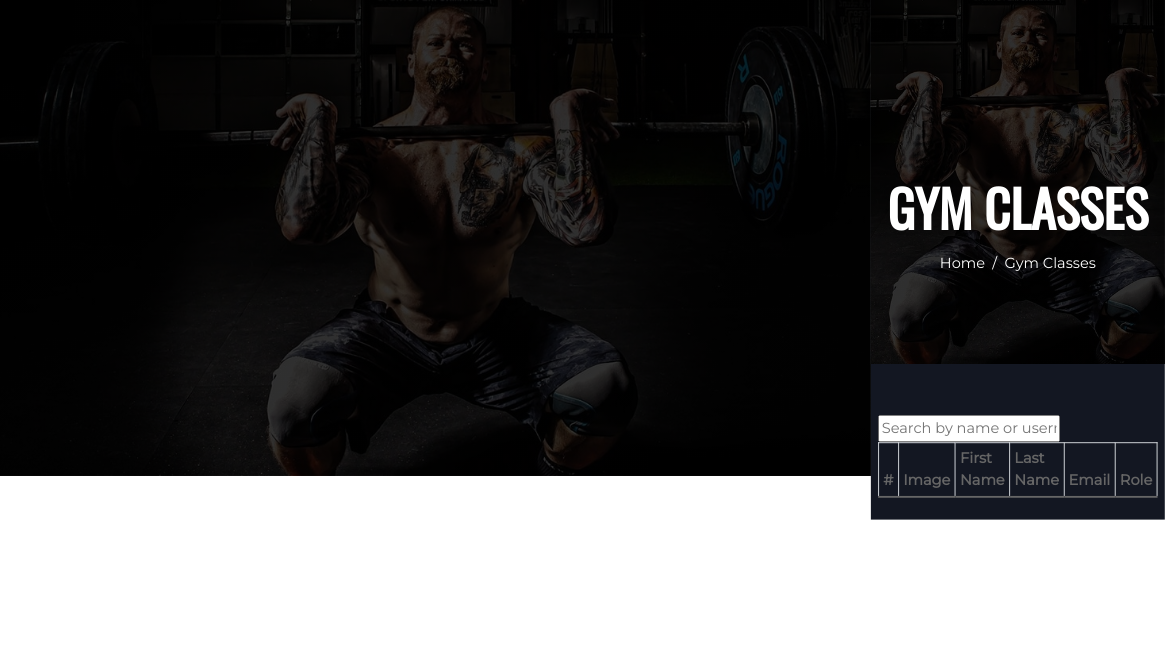
Repository: Arouja/frontgym
Page: /users
These files come from the project's save history. The page is drawn as it stood at one moment and after the next save; the edit follows.
The browser window is 1280 px wide. The pictures show the whole page, at 91% of full size.
The page's requests for data from a server got no answer. Some web libraries are served in a nearby version. The project was rebuilt for these pictures with package versions that can differ from the ones it lists, and the page was loaded fresh each time. No one was signed in, and anything a server would have sent is missing. Also part of the build but not shown: src/App.css, src/actions/authActions.js, src/Components/navbar/CustomNavbar.jsx, src/Components/about/About.jsx, src/Components/classes/Classes.jsx, src/Components/home/Home.jsx, src/Components/feature/Feature.jsx, src/Components/contact/Contact.jsx and 9 more.

Above is the page before, as saved 2023-10-11 01:03:13.

### public/index.html
<!DOCTYPE html>
<html lang="en">
  <head>
    <meta charset="utf-8" />
    <link rel="icon" href="%PUBLIC_URL%/favicon.ico" />
    <meta name="viewport" content="width=device-width, initial-scale=1" />
    <meta name="theme-color" content="#000000" />
    <meta
      name="description"
      content="Web site created using create-react-app"
    />
    <link href="https://cdn.jsdelivr.net/npm/bootstrap@5.0.2/dist/css/bootstrap.min.css" rel="stylesheet">
    <link href="https://cdnjs.cloudflare.com/ajax/libs/font-awesome/5.13.0/css/all.min.css" rel="stylesheet">
    <link rel="apple-touch-icon" href="%PUBLIC_URL%/logo192.png" />
    <!--
      manifest.json provides metadata used when your web app is installed on a
      user's mobile device or desktop. See https://developers.google.com/web/fundamentals/web-app-manifest/
    -->
    <link rel="manifest" href="%PUBLIC_URL%/manifest.json" />
    <!--
      Notice the use of %PUBLIC_URL% in the tags above.
      It will be replaced with the URL of the `public` folder during the build.
      Only files inside the `public` folder can be referenced from the HTML.

      Unlike "/favicon.ico" or "favicon.ico", "%PUBLIC_URL%/favicon.ico" will
      work correctly both with client-side routing and a non-root public URL.
      Learn how to configure a non-root public URL by running `npm run build`.
    -->
    <title>React App</title>

     <!-- Favicon -->
     <link href="img/favicon.ico" rel="icon">

     <!-- Font Awesome -->
     <link href="https://cdnjs.cloudflare.com/ajax/libs/font-awesome/5.10.0/css/all.min.css" rel="stylesheet">

     <!-- Flaticon Font -->
     <link href="lib/flaticon/font/flaticon.css" rel="stylesheet">

     <!-- Customized Bootstrap Stylesheet -->
     <link href="css/style.min.css" rel="stylesheet">






  </head>


  <body>
    <noscript>You need to enable JavaScript to run this app.</noscript>
    <div id="root"></div>
    <!--
      This HTML file is a template.
      If you open it directly in the browser, you will see an empty page.

      You can add webfonts, meta tags, or analytics to this file.
      The build step will place the bundled scripts into the <body> tag.

      To begin the development, run `npm start` or `yarn start`.
      To create a production bundle, use `npm run build` or `yarn build`.
    -->

    <!-- JavaScript Libraries -->
    <script src="https://code.jquery.com/jquery-3.4.1.min.js"></script>
    <script src="https://stackpath.bootstrapcdn.com/bootstrap/4.4.1/js/bootstrap.bundle.min.js"></script>
    <script src="lib/easing/easing.min.js"></script>
    <script src="lib/waypoints/waypoints.min.js"></script>

    <!-- Contact Javascript File -->
    <script src="mail/jqBootstrapValidation.min.js"></script>
    <script src="mail/contact.js"></script>

    <!-- Template Javascript -->
    <script src="js/main.js"></script>
    <script src="https://cdn.jsdelivr.net/npm/@popperjs/core@2.9.2/dist/umd/popper.min.js"></script>
    <script src="https://cdn.jsdelivr.net/npm/bootstrap@5.0.2/dist/js/bootstrap.min.js"></script>
    <script src="https://cdn.jsdelivr.net/npm/bootstrap@5.0.2/dist/js/bootstrap.bundle.min.js"></script>
    <script src="https://use.fontawesome.com/f59bcd8580.js"></script>
    <script src="https://cdn.jsdelivr.net/npm/@popperjs/core@2.9.2/dist/umd/popper.min.js"></script>
    <script src="https://cdn.jsdelivr.net/npm/bootstrap@5.0.2/dist/js/bootstrap.min.js"></script>
    <script src="https://cdn.jsdelivr.net/npm/bootstrap@5.0.2/dist/js/bootstrap.bundle.min.js"></script>

  </body>


</html>

### src/index.js
import React from 'react';
import ReactDOM from 'react-dom';
import { Provider } from 'react-redux';
import store from './store';
import App from './App';

ReactDOM.render(
  <Provider store={store}>
    <App />
  </Provider>,
  document.getElementById('root')
);

### src/store.js
import { createStore, applyMiddleware, combineReducers } from 'redux';
import thunk from 'redux-thunk';
import authReducer from './reducers/authReducer';

const rootReducer = combineReducers({
  auth: authReducer,
});

const store = createStore(rootReducer, applyMiddleware(thunk));

export default store;

### src/App.js
// import logo from './logo.svg';
import './App.css';
import { BrowserRouter, Routes, Route } from 'react-router-dom'; // Import BrowserRouter and Route directly

import About from './Components/about/About';
import Classes from './Components/classes/Classes';
import Home from './Components/home/Home';
import Feature from './Components/feature/Feature';
import Contact from './Components/contact/Contact';
import Login from './Components/login/Login';
import Profile from './Components/profile/profile';
import Signup from './Components/signup/Signup';
import Listcustomer from './Components/customer/Listcustomer';
import Activation from './Components/activation/Activation';
import Bmi from './Components/metrics/bmi';
import Orm from './Components/metrics/orm';
import Lbm from './Components/metrics/lbm';
import Users from './users/users';

function App() {
  return (
    <BrowserRouter> {/* Use BrowserRouter here */}
      {/* <CustomNavbar /> */}
      <Routes>
      <Route path="/" element={<Home />} />
        <Route path="/about" element={<About />} /> {/* Use Route inside Routes */}
        <Route path="/classes" element={<Classes />} />
        <Route path="/feature" element={<Feature />} />
        <Route path="/contact" element={<Contact />} />
        <Route path="/login" element={<Login />} />
        <Route path="/profile" element={<Profile />} />
        <Route path="/signup" element={<Signup />} />
        <Route path="/customer" element={<Listcustomer />} />
        <Route path="/bmi" element={<Bmi />} />
        <Route path="/orm" element={<Orm />} />
        <Route path="/lbm" element={<Lbm />} />
        <Route path="/users" element={<Users />} />
        <Route path="/activate/activate?token=:token" element={<Activation />} /> {/* Add the Activation route */}


        {/* <Route path="/home" element={<Home />} /> Use Route inside Routes */}

      </Routes>
      {/* <Footer /> */}
    </BrowserRouter>
  );
}

export default App;

### src/reducers/authReducer.js
import { LOGIN_SUCCESS, LOGOUT_SUCCESS, REGISTER_SUCCESS } from '../actions/types';

const initialState = {
  token: localStorage.getItem('token'),
};

const authReducer = (state = initialState, action) => {
  switch (action.type) {
    case LOGIN_SUCCESS:
    case REGISTER_SUCCESS:
      localStorage.setItem('token', action.payload);
      return {
        ...state,
        token: action.payload,
      };
    case LOGOUT_SUCCESS:
      localStorage.removeItem('token');
      return {
        ...state,
        token: null,
      };
    default:
      return state;
  }
};

export default authReducer;

### src/users/users.js
import React, { useState, useEffect } from 'react';
import Table from 'react-bootstrap/Table';
import { BrowserRouter as Router, Route, Link, Routes } from "react-router-dom";
import Footer from "../Components/footer/footer";

function Users() {
  const [users, setUsers] = useState([]);
  const [searchTerm, setSearchTerm] = useState('');

  useEffect(() => {
    fetch('http://localhost:8089/api/v1/users/all-users')
      .then(response => response.json())
      .then(data => setUsers(data))
      .catch(error => console.error('Error fetching data:', error));
  }, []);

  const filteredUsers = users.filter(user =>
    user.firstName.toLowerCase().includes(searchTerm.toLowerCase()) ||
    user.lastName.toLowerCase().includes(searchTerm.toLowerCase()) ||
    user.username.toLowerCase().includes(searchTerm.toLowerCase()) ||
    user.role.toLowerCase().includes(searchTerm.toLowerCase())
  );

  return (
    <>
      <div style={{ display: 'flex' }}>
        {/* Include your CustomNavbar component */}
        {/* <CustomNavbar profilePath={profile && profile.path} /> */}

        <div className="container-fluid page-header mb-5">
          {/* ...Your page header content... */}
        </div>

        <section style={{ backgroundColor: 'rgba(19,23,34,255)' }}>
    {/* Page Header Start */}

<div className="container-fluid page-header mb-5">
  <div
    className="d-flex flex-column align-items-center justify-content-center pt-0 pt-lg-5"
    style={{ minHeight: 400 }}
  >
    <h4 className="display-4 mb-3 mt-0 mt-lg-5 text-white text-uppercase font-weight-bold">
      Gym Classes
    </h4>
    <div className="d-inline-flex">
      <p className="m-0 text-white">
        {/* <a className="text-white" href="">
          Home
        </a> */}
        <Link className="text-white" to="/">Home</Link>
      </p>
      <p className="m-0 text-white px-2">/</p>
      <p className="m-0 text-white">Gym Classes</p>
    </div>
  </div>
</div>
{/* Page Header End */}





    <div className="p-2">
      <input
        type="text"
        value={searchTerm}
        onChange={(e) => setSearchTerm(e.target.value)}
        placeholder="Search by name or username"
      />
      <Table striped bordered hover size="sm">
        <thead>
          <tr>
            <th>#</th>
            <th>Image</th>
            <th>First Name</th>
            <th>Last Name</th>
            <th>Email</th>
            <th>Role</th>

          </tr>
        </thead>
        <tbody>
                {filteredUsers.map((user, index) => (
                  <tr key={user.id}>
                    <td>{index + 1}</td>
                    <td>
                      <img
                        src={require('../images/' + user.path)}
                        alt="Profile"
                        className="rounded-circle"
                        style={{
                          width: "40px",
                          height: "40px",
                          margin: "relative",
                        }}
                      />
                    </td>
                    <td>{user.firstName}</td>
                    <td>{user.lastName}</td>
                    <td>{user.username}</td>
                    <td>{user.role}</td>
                  </tr>
                ))}
              </tbody>
            </Table>
          </div>
        </section>
      </div>

      {/* Include your Footer component */}
      {/* <Footer /> */}
    </>
  );
}

export default Users;

### src/actions/types.js
export const LOGIN_SUCCESS = 'LOGIN_SUCCESS';
export const LOGOUT_SUCCESS = 'LOGOUT_SUCCESS';
export const REGISTER_SUCCESS = 'REGISTER_SUCCESS';

### public/mail/contact.js
$(function () {

    $("#contactForm input, #contactForm textarea").jqBootstrapValidation({
        preventSubmit: true,
        submitError: function ($form, event, errors) {
        },
        submitSuccess: function ($form, event) {
            event.preventDefault();
            var name = $("input#name").val();
            var email = $("input#email").val();
            var subject = $("input#subject").val();
            var message = $("textarea#message").val();

            $this = $("#sendMessageButton");
            $this.prop("disabled", true);

            $.ajax({
                url: "contact.php",
                type: "POST",
                data: {
                    name: name,
                    email: email,
                    subject: subject,
                    message: message
                },
                cache: false,
                success: function () {
                    $('#success').html("<div class='alert alert-success'>");
                    $('#success > .alert-success').html("<button type='button' class='close' data-dismiss='alert' aria-hidden='true'>&times;")
                            .append("</button>");
                    $('#success > .alert-success')
                            .append("<strong>Your message has been sent. </strong>");
                    $('#success > .alert-success')
                            .append('</div>');
                    $('#contactForm').trigger("reset");
                },
                error: function () {
                    $('#success').html("<div class='alert alert-danger'>");
                    $('#success > .alert-danger').html("<button type='button' class='close' data-dismiss='alert' aria-hidden='true'>&times;")
                            .append("</button>");
                    $('#success > .alert-danger').append($("<strong>").text("Sorry " + name + ", it seems that our mail server is not responding. Please try again later!"));
                    $('#success > .alert-danger').append('</div>');
                    $('#contactForm').trigger("reset");
                },
                complete: function () {
                    setTimeout(function () {
                        $this.prop("disabled", false);
                    }, 1000);
                }
            });
        },
        filter: function () {
            return $(this).is(":visible");
        },
    });

    $("a[data-toggle=\"tab\"]").click(function (e) {
        e.preventDefault();
        $(this).tab("show");
    });
});

$('#name').focus(function () {
    $('#success').html('');
});

### public/js/main.js
(function ($) {
    "use strict";

    // Dropdown on mouse hover
    $(document).ready(function () {
        function toggleNavbarMethod() {
            if ($(window).width() > 992) {
                $('.navbar .dropdown').on('mouseover', function () {
                    $('.dropdown-toggle', this).trigger('click');
                }).on('mouseout', function () {
                    $('.dropdown-toggle', this).trigger('click').blur();
                });
            } else {
                $('.navbar .dropdown').off('mouseover').off('mouseout');
            }
        }
        toggleNavbarMethod();
        $(window).resize(toggleNavbarMethod);
    });


    // Back to top button
    $(window).scroll(function () {
        if ($(this).scrollTop() > 100) {
            $('.back-to-top').fadeIn('slow');
        } else {
            $('.back-to-top').fadeOut('slow');
        }
    });
    $('.back-to-top').click(function () {
        $('html, body').animate({scrollTop: 0}, 1500, 'easeInOutExpo');
        return false;
    });
})(jQuery);

### src/Components/footer/footer.jsx
import React from 'react';
import { Link } from 'react-router-dom'; // Import the Link component from React Router

const Footer = () => {
  return (
    <>
      {/* Footer Start */}
      <div className="footer container-fluid mt-5 py-5 px-sm-3 px-md-5 text-white">
        <div className="row pt-5">
          <div className="col-lg-3 col-md-6 mb-5">
            <h4 className="text-primary mb-4">Get In Touch</h4>
            <p>
              <i className="fa fa-map-marker-alt mr-2" />
              123 Street, New York, USA
            </p>
            <p>
              <i className="fa fa-phone-alt mr-2" />
              +012 345 67890
            </p>
            <p>
              <i className="fa fa-envelope mr-2" />
              info@example.com
            </p>
            <div className="d-flex justify-content-start mt-4">
              <Link
                to="#"
                className="btn btn-outline-light rounded-circle text-center mr-2 px-0"
                style={{ width: 40, height: 40 }}
              >
                <i className="fab fa-twitter" />
              </Link>
              <Link
                to="#"
                className="btn btn-outline-light rounded-circle text-center mr-2 px-0"
                style={{ width: 40, height: 40 }}
              >
                <i className="fab fa-facebook-f" />
              </Link>
              <Link
                to="#"
                className="btn btn-outline-light rounded-circle text-center mr-2 px-0"
                style={{ width: 40, height: 40 }}
              >
                <i className="fab fa-linkedin-in" />
              </Link>
              <Link
                to="#"
                className="btn btn-outline-light rounded-circle text-center mr-2 px-0"
                style={{ width: 40, height: 40 }}
              >
                <i className="fab fa-instagram" />
              </Link>
            </div>
          </div>
          <div className="col-lg-3 col-md-6 mb-5">
    <h4 className="text-primary mb-4">Quick Links</h4>
    <div className="d-flex flex-column justify-content-start">

      {/* <a className="text-white mb-2" href="#">
        <i className="fa fa-angle-right mr-2" />
        Home
      </a> */}
      <Link className="text-white mb-2" to="/">
      <i className="fa fa-angle-right mr-2" />
        Home</Link>

      {/* <a className="text-white mb-2" href="#">
        <i className="fa fa-angle-right mr-2" />
        About Us
      </a> */}
      <Link className="text-white mb-2" to="/about">
      <i className="fa fa-angle-right mr-2" />
        About Us</Link>

      {/* <a className="text-white mb-2" href="#">
        <i className="fa fa-angle-right mr-2" />
        Our Features
      </a> */}
      <Link className="text-white mb-2" to="/feature">
      <i className="fa fa-angle-right mr-2" />
        Our Features</Link>

      {/* <a className="text-white mb-2" href="#">
        <i className="fa fa-angle-right mr-2" />
        Classes
      </a> */}
      <Link className="text-white mb-2" to="/classes">
      <i className="fa fa-angle-right mr-2" />
        Classes</Link>

      {/* <a className="text-white" href="#">
        <i className="fa fa-angle-right mr-2" />
        Contact Us
      </a> */}
      <Link className="text-white" to="/contact">
      <i className="fa fa-angle-right mr-2" />
        Contact Us</Link>
    </div>
  </div>
  <div className="col-lg-3 col-md-6 mb-5">
    <h4 className="text-primary mb-4">Popular Links</h4>
    <div className="d-flex flex-column justify-content-start">
      {/* <a className="text-white mb-2" href="#">
        <i className="fa fa-angle-right mr-2" />
        Home
      </a> */}
      <Link className="text-white mb-2" to="/">
      <i className="fa fa-angle-right mr-2" />
        Home</Link>

      {/* <a className="text-white mb-2" href="#">
        <i className="fa fa-angle-right mr-2" />
        About Us
      </a> */}
      <Link className="text-white mb-2" to="/about">
      <i className="fa fa-angle-right mr-2" />
        About Us</Link>

      {/* <a className="text-white mb-2" href="#">
        <i className="fa fa-angle-right mr-2" />
        Our Features
      </a> */}
      <Link className="text-white mb-2" to="/feature">
      <i className="fa fa-angle-right mr-2" />
        Our Feature</Link>

      {/* <a className="text-white mb-2" href="#">
        <i className="fa fa-angle-right mr-2" />
        Classes
      </a> */}
      <Link className="text-white mb-2" to="/classes">
      <i className="fa fa-angle-right mr-2" />
        Classes</Link>

      {/* <a className="text-white" href="#">
        <i className="fa fa-angle-right mr-2" />
        Contact Us
      </a> */}
      <Link className="text-white" to="/contact">
      <i className="fa fa-angle-right mr-2" />
        Contact Us</Link>
    </div>
  </div>
          <div className="col-lg-3 col-md-6 mb-5">
            <h4 className="text-primary mb-4">Opening Hours</h4>
            <h5 className="text-white">Monday - Friday</h5>
            <p>8.00 AM - 8.00 PM</p>
            <h5 className="text-white">Saturday - Sunday</h5>
            <p>2.00 PM - 8.00 PM</p>
          </div>
        </div>
        <div className="container border-top border-dark pt-5">
          <p className="m-0 text-center text-white">
            ©{' '}
            {/* <Link to="#" className="text-white font-weight-bold">
              Your Site Name
            </Link> */}
            2023 Designed by Arij & Naoufel{' '}
            {/* <Link to="https://htmlcodex.com" className="text-white font-weight-bold">
              HTML Codex
            </Link> */}
          </p>
        </div>
      </div>
      {/* Footer End */}
    </>
  )
};

export default Footer;

Loaded but not shown: public/lib/flaticon/font/flaticon.css (common file); public/css/style.min.css (library); public/lib/easing/easing.min.js (common file); public/lib/waypoints/waypoints.min.js (library); public/mail/jqBootstrapValidation.min.js (library)

After the next save:
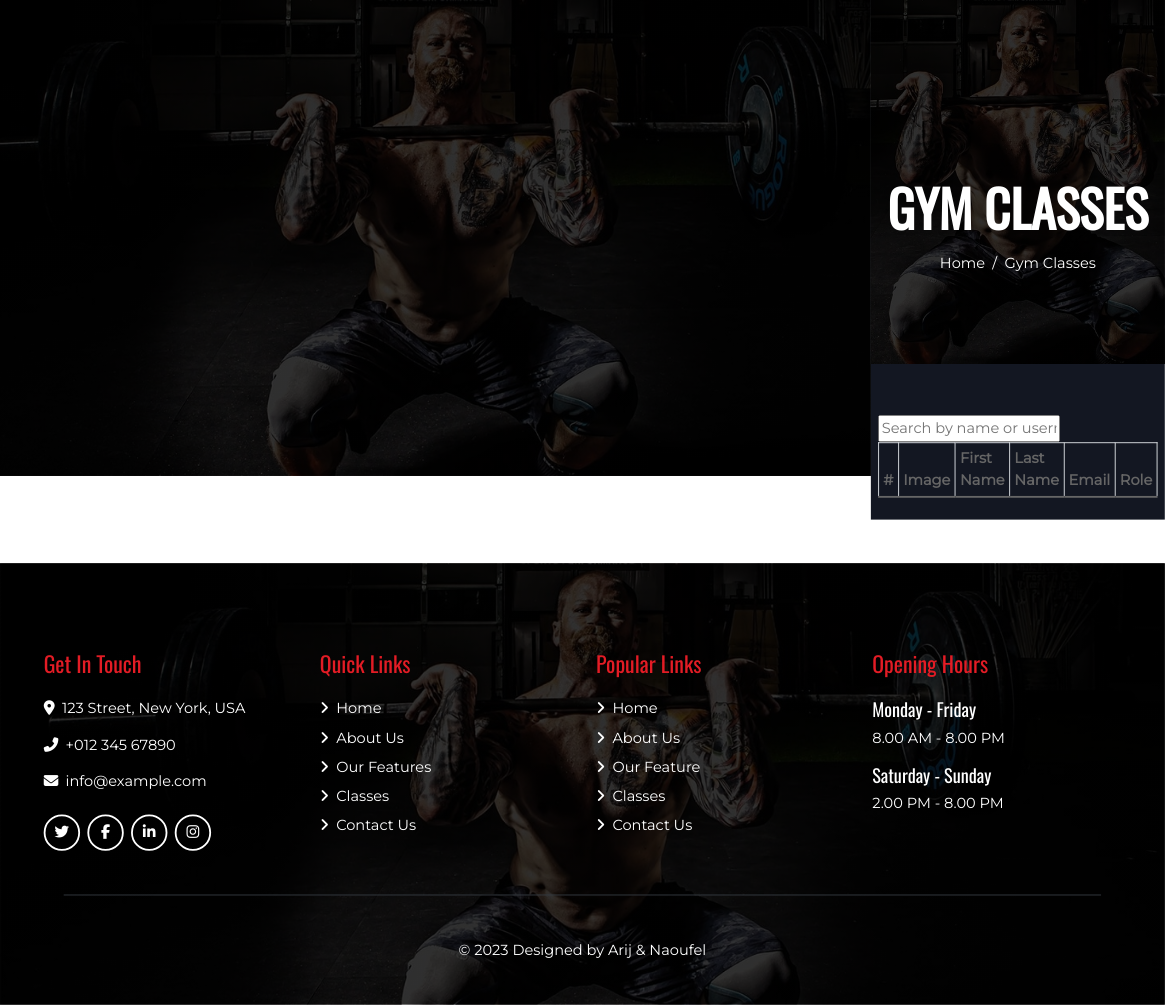
Saved 37 s later.
--- a/src/users/users.js
+++ b/src/users/users.js
@@ -108,7 +108,7 @@ function Users() {
       </div>
 
       {/* Include your Footer component */}
-      {/* <Footer /> */}
+     <Footer />
     </>
   );
 }
